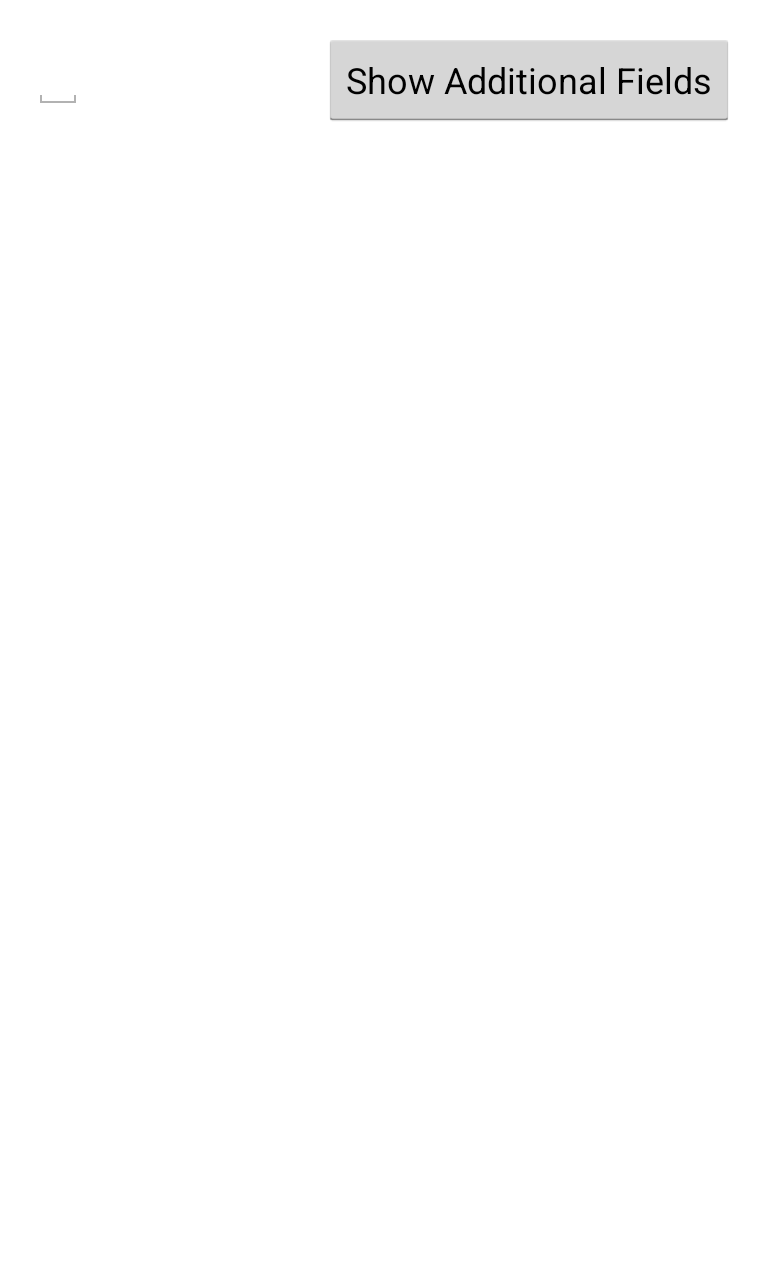
Repository: andreeastoican/Laborator04
Layout: ContactsManager/res/layout/activity_contacts_manager.xml
An editor plug-in stored every save of this project. The layout is shown before and after the next save, followed by the edit.
It is drawn on a 768 x 1280 px phone screen (xhdpi) without system bars, with theme AppTheme; the app's code is not run.

Above is the layout before, as saved 2015-03-17 19:01:35.

After the next save:
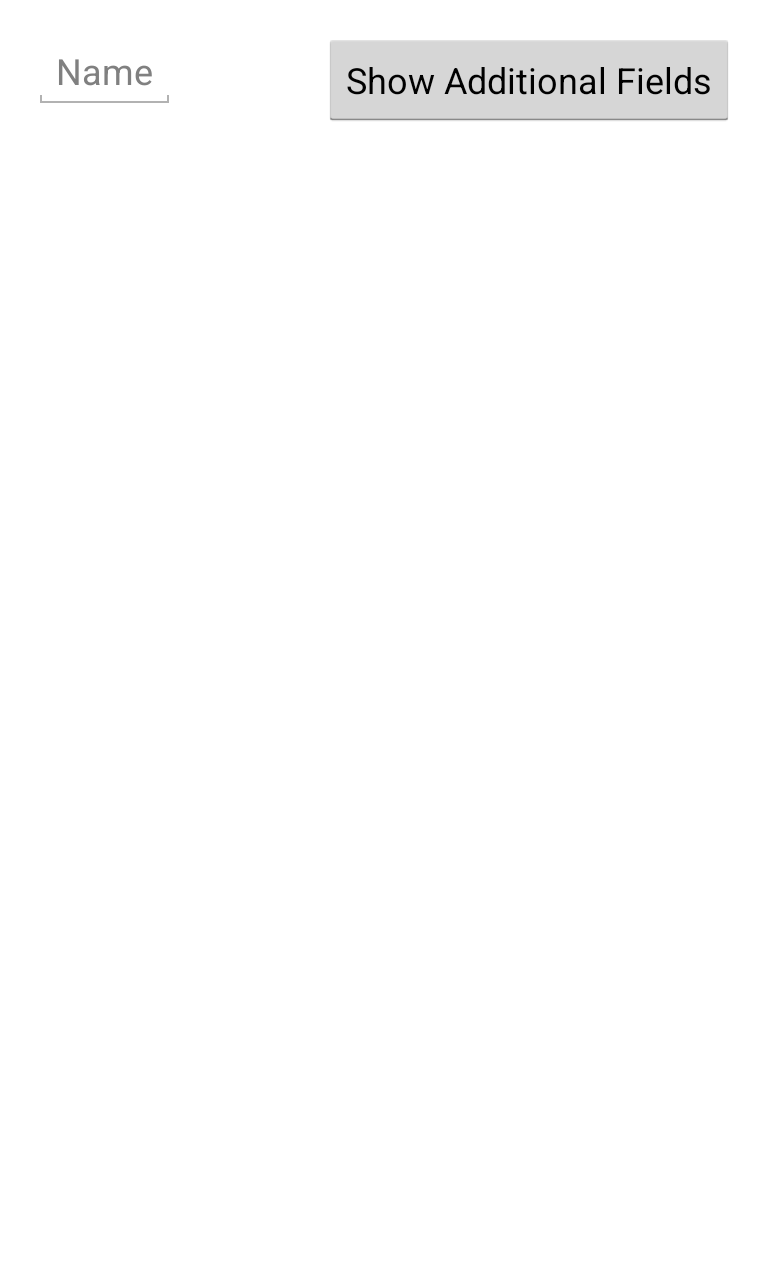
Saved 26 s later.
--- a/ContactsManager/res/layout/activity_contacts_manager.xml
+++ b/ContactsManager/res/layout/activity_contacts_manager.xml
@@ -22,7 +22,7 @@
 	       android:id="@+id/id_name"
 	       android:layout_width="wrap_content"
 	       android:layout_height="wrap_content"
-	       />
+	       android:hint="Name"/>
 
 	</FrameLayout>
 
